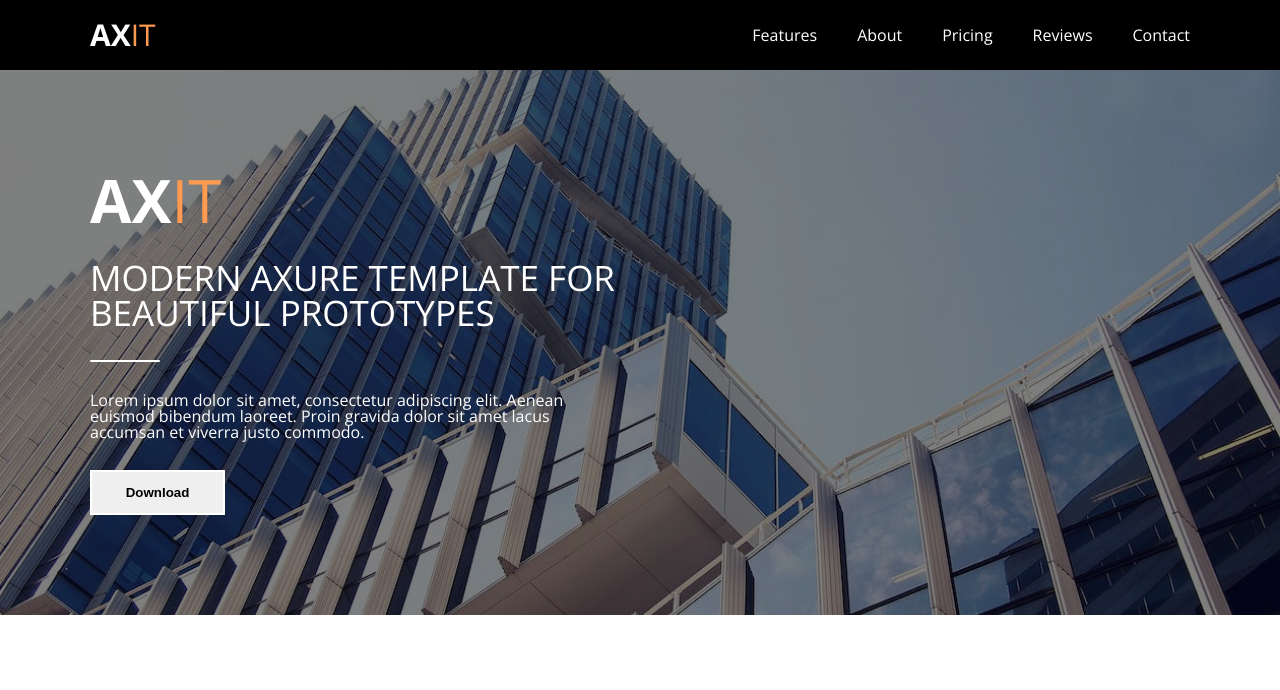
Repository: dinhtri123/axureThems
Page: index.html
These files come from the project's save history. The page is drawn as it stood at one moment and after the next save; the edit follows.
The browser window is 1280 px wide. The pictures show the whole page.

Above is the page before, as saved 2023-02-11 15:11:33.

### index.html
<!DOCTYPE html>
<html lang="en">
  <head>
    <meta charset="UTF-8" />
    <meta http-equiv="X-UA-Compatible" content="IE=edge" />
    <meta name="viewport" content="width=device-width, initial-scale=1.0" />
    <title>Axure Themes</title>
    <script
      type="module"
      src="https://unpkg.com/ionicons@5.5.2/dist/ionicons/ionicons.esm.js"
    ></script>
    <script
      nomodule
      src="https://unpkg.com/ionicons@5.5.2/dist/ionicons/ionicons.js"
    ></script>
    <link rel="stylesheet" href="style.css" />
  </head>
  <body>
    <header>
      <div class="container headerMain">
        <a href="index.html" class="logo">
          <span>AX</span>
          <span>IT</span>
        </a>
        <nav>
          <ul>
            <li><a href="#">Features</a></li>
            <li><a href="#">About</a></li>
            <li><a href="#">Pricing</a></li>
            <li><a href="#">Reviews</a></li>
            <li><a href="#">Contact</a></li>
          </ul>
        </nav>
      </div>
    </header>
    <div class="banner">
        <div class="imageBanner">
            <img src="./image/banner.jpeg" alt="">
        </div>
      <div class="container bannerMain">
        <div class="bannerLeft">
          <a href="index.html" class="logo logoBanner">
            <span>AX</span>
            <span>IT</span>
          </a>
          <h3>MODERN AXURE TEMPLATE FOR BEAUTIFUL PROTOTYPES</h3>
          <span></span>
          <p>
            Lorem ipsum dolor sit amet, consectetur adipiscing elit. Aenean
            euismod bibendum laoreet. Proin gravida dolor sit amet lacus
            accumsan et viverra justo commodo.
          </p>
          <button class="btn">Download</button>
        </div>
        <div class="bannerRight"></div>
      </div>
    </div>
  </body>
</html>

### style.css
@import url("https://fonts.googleapis.com/css2?family=Open+Sans:wght@400;500;600;700&display=swap");
* {
  margin: 0;
  padding: 0;
  box-sizing: border-box;
  scroll-behavior: smooth;
}
:root {
  --bg-black: #000;
  --bg-white: #fff;
}
body {
  font-family: "Open Sans", sans-serif;
  font-weight: 400;
  font-size: 16px;
  line-height: 1;
  width: 100%;
  max-height: 100vh;
  height: 100%;
  color: var(--bg-white);
}

.container {
  max-width: 1100px;
  width: 100%;
  height: 100%;
  margin: 0px auto;
}

header {
  width: 100%;
  height: 70px;
  background: var(--bg-black);
}
.headerMain {
  display: flex;
  justify-content: space-between;
  align-items: center;
}
.logo {
  display: flex;
  text-decoration: none;
  font-size: 30px;
}
.logo span:first-child {
  font-weight: 700;
  color: var(--bg-white);
}
.logo span:last-child {
  font-weight: 400;
  color: #ff9b51;
}
nav ul {
  display: flex;
  align-items: center;
  gap: 40px;
  list-style: none;
}
nav ul li a {
  text-decoration: none;
  color: var(--bg-white);
}

/* --------------------- */

/* --------BANNER------------ */

.banner {
  width: 100%;
  background: var(--bg-black);
  position: relative;
}
.imageBanner {
  position: absolute;
  inset: 0;
  width: 100%;
  height: 100%;
  z-index: 0;
  filter: brightness(0.5);
}
.imageBanner img {
  width: 100%;
  height: 100%;
  object-fit: cover;
}
.bannerMain {
  padding: 100px 0px;
  display: grid;
  grid-template-columns: repeat(2, 1fr);
  gap: 50px;
  z-index: 10;
  isolation: isolate;
}
.bannerLeft {
  display: flex;
  flex-direction: column;
  gap: 30px;
}
.bannerRight {
  display: flex;
  justify-content: end;
  align-items: center;
}

.logoBanner {
  font-size: 60px;
}
.bannerLeft > h3 {
  font-size: 35px;
  font-weight: 300;
}
.bannerLeft > span {
  width: 70px;
  height: 2px;
  background-color: var(--bg-white);
  border-radius: 8px;
}
.bannerLeft > p {
}
.btn {
  width: 135px;
  height: 45px;
  border: 2px solid var(--bg-white);
  display: flex;
  justify-content: center;
  align-items: center;
  font-weight: 600;
}

After the next save:
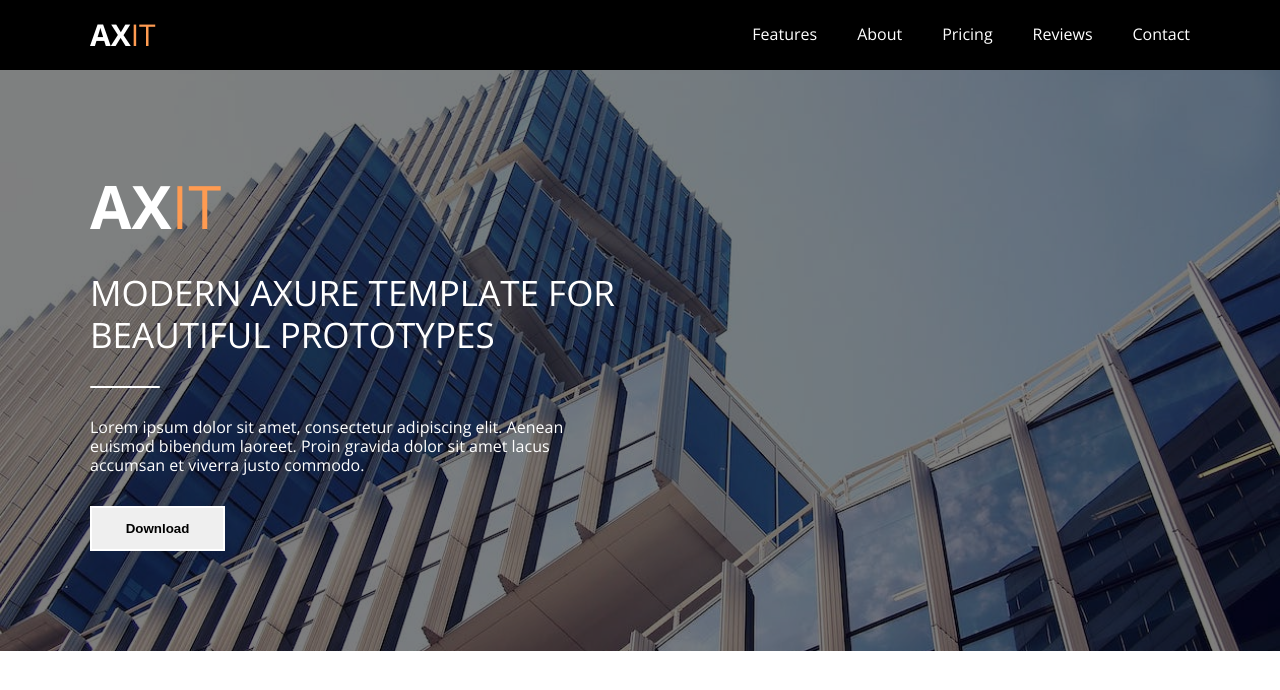
Saved 26 s later.
--- a/style.css
+++ b/style.css
@@ -13,7 +13,7 @@ body {
   font-family: "Open Sans", sans-serif;
   font-weight: 400;
   font-size: 16px;
-  line-height: 1;
+  line-height: 1.2;
   width: 100%;
   max-height: 100vh;
   height: 100%;
